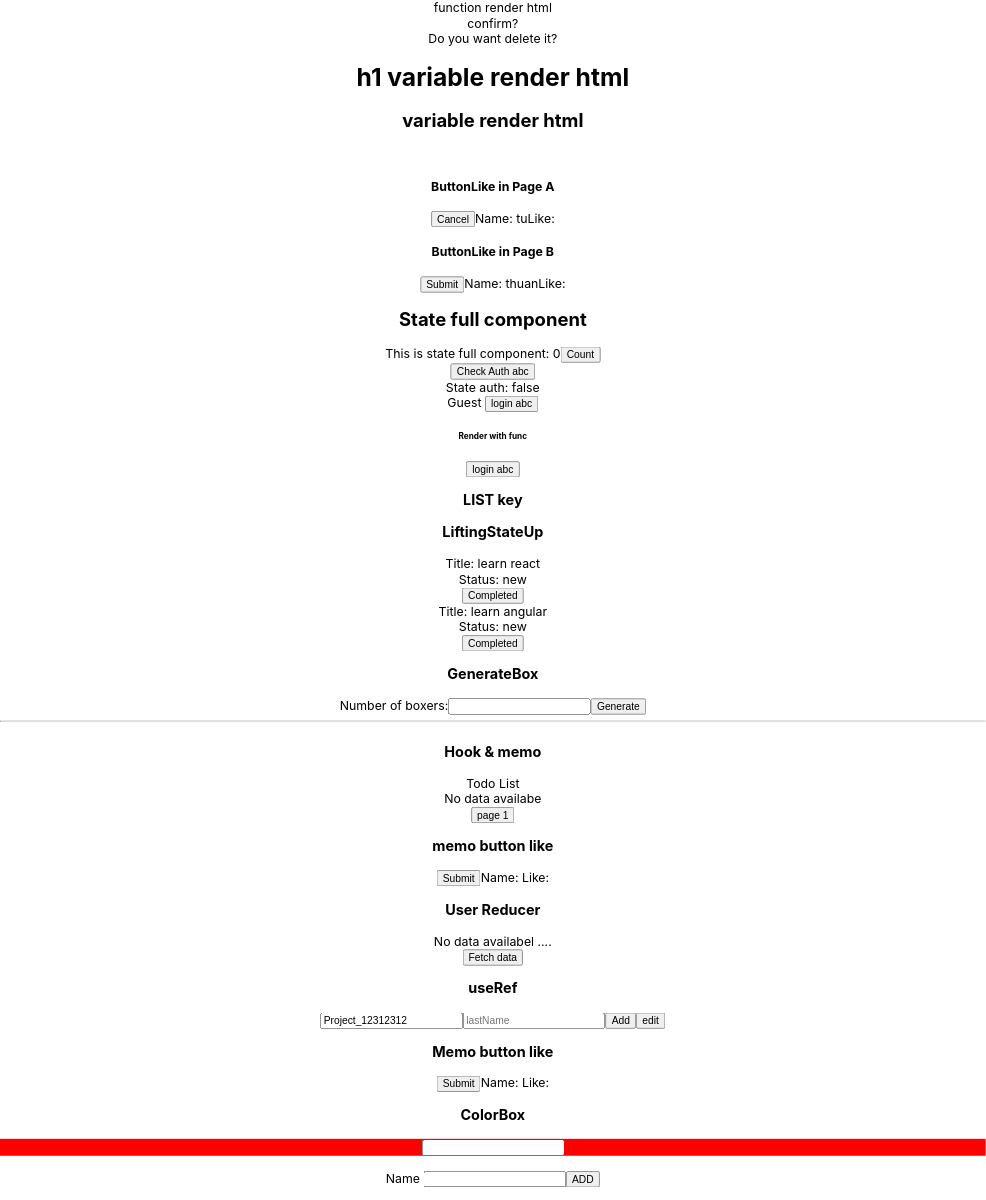
Repository: HoangTu18/reactjs-exercise
Page: /
An editor plug-in stored every save of this project. The page is shown before and after the next save, followed by the edit.
The browser window is 1280 px wide. The pictures show the whole page, at 77% of full size.
The page's requests for data from a server got no answer. The project was rebuilt for these pictures with package versions that can differ from the ones it lists, and the page was loaded fresh each time. No one was signed in, and anything a server would have sent is missing. Also part of the build but not shown: src/pages/StateObject.jsx, src/components/GenerateBox/GenerateBoxItem.jsx.

Above is the page before, as saved 2022-06-15 15:32:42.

### src/App.js
import "./App.css";
import ButtonLike from "./components/ButtonLike";
import TitleSimple from "./components/TitleSimple";
import StateFullComponent from "./components/StateFullComponent";
import StateObject from "./pages/StateObject";
import ConditionalRender from "./pages/conditionalRender";
import LiftingStateUp from "./exercise/LiftingStateUp";
import GenerateBox from "./exercise/GenerateBox";
import Hook from "./pages/Hook";
import UserReduer from "./pages/UserReduer";
import UseRef from "./components/useRef";
import MoviesForm from "./components/movieForm";
import ColorApp from "./exercise/ColorBox";
function App() {
  const isLoading = true;
  // varible render html
  const ele1 = (
    <div>
      <h1>h1 variable render html</h1>
      <h2> variable render html</h2>
    </div>
  );
  return (
    <div className="App">
      <div>function render html</div>
      {isLoading ? <TitleSimple /> : "123"}
      {ele1}
      <br />
      <h4> ButtonLike in Page A</h4>
      <ButtonLike
        text="Cancel"
        type="button"
        className="buttonA"
        onClick={() => {
          console.log("buttonA");
        }}
        name="tu"
      />
      <h4> ButtonLike in Page B</h4>
      <ButtonLike
        type="submit"
        className="buttonB"
        onClick={() => {
          console.log("buttonB");
        }}
        name="thuan"
      />
      <h2>State full component</h2>
      <StateFullComponent />
      {/* <StateObject />
       */}
      <ConditionalRender />
      <h3>LiftingStateUp</h3>
      <LiftingStateUp />
      <h3>GenerateBox</h3>
      <GenerateBox />
      <h3>Hook & memo</h3>
      <Hook />
      <h3>User Reducer</h3>
      <UserReduer />
      <h3>useRef</h3>
      <UseRef />
      <h3>Memo button like</h3>
      <ButtonLike />
      <h3>ColorBox</h3>
      <ColorApp />
      <h3 />
      <MoviesForm />
    </div>
  );
}

export default App;

### src/components/ButtonLike.jsx
import React from "react";

ButtonLike.propTypes = {};

function ButtonLike({ text = "Submit", name, todoItem, like, ...props }) {
  return (
    <div className="container">
      <button {...props}>{text}</button>
      Name: {name}
      {todoItem && (
        <div>
          <h6>Todo item</h6>
          Todo title: {todoItem?.title}
          Todo price: {todoItem?.price}
        </div>
      )}
      Like: {like}
      <br />
    </div>
  );
}

export default ButtonLike;

### src/components/TitleSimple.jsx
import React from "react";

TitleSimple.propTypes = {};

function TitleSimple(props) {
  return (
    <div>
      confirm? <br />
      Do you want delete it?
    </div>
  );
}

export default TitleSimple;

### src/components/StateFullComponent.jsx
import React from "react";

StateFullComponent.propTypes = {};

function StateFullComponent(props) {
  const [count, setCount] = React.useState(0);
  return (
    <div>
      This is state full component: {count}
      <button
        type="button"
        onClick={() => {
          setCount((prevState) => prevState + 1);
        }}
      >
        Count
      </button>
    </div>
  );
}

export default StateFullComponent;

### src/pages/conditionalRender.jsx
import React, { Fragment, useState } from "react";
import ButtonSimple from "../components/ButtonSimple";

function ConditionalRender() {
  const [todos, setTodos] = useState([
    {
      id: 1,
      title: "react",
    },
    {
      id: 2,
      title: "angular",
    },
  ]);
  const [isAuth, setIsAuth] = useState(false);
  let button = null;
  if (isAuth) {
    button = <ButtonSimple text="logout" />;
  } else {
    button = <ButtonSimple text="login" />;
  }

  function renderButtonLogin() {
    return <ButtonSimple text="login" />;
  }
  function renderButtonLogout() {
    return <ButtonSimple text="logout" />;
  }
  function renderButton() {
    return <div>{isAuth ? renderButtonLogout() : renderButtonLogin()}</div>;
  }

  function handleDeleteTodo(TodoId) {
    const todoIndex = todos.findIndex((todo) => todo.id === TodoId);
    const newTodo = [...todos];
    newTodo.splice(todoIndex, 1);
    console.log(TodoId);
  }

  return (
    <div>
      {/* {array.length > 0 &&
        array.map((item) => {
          return <div key={item}>This is item</div>;
        })} */}
      <ButtonSimple
        text="Check Auth"
        onClick={() => setIsAuth((prevState) => !prevState)}
      />
      <br />
      State auth: {isAuth.toString()}
      {isAuth ? <div>welcome to {button}</div> : <div>Guest {button}</div>}
      <h6>Render with func</h6>
      {isAuth ? renderButtonLogout() : renderButtonLogin()}
      <h3>LIST key</h3>
      {todos.length > 0 ? (
        <>
          {todos.map((todo) => {
            <Fragment key={todo.id}>
              Id: {todo.id} <br />
              title: {todo.title}
              <button type="button" onClick={() => handleDeleteTodo(todo.id)}>
                Delete
              </button>
            </Fragment>;
          })}
        </>
      ) : null}
    </div>
  );
}

export default ConditionalRender;

### src/exercise/LiftingStateUp.jsx
import React, { useState } from "react";
import TodoList from "../components/TodoList";

function LiftingStateUp() {
  const [todos, setTodos] = useState([
    {
      id: 1,
      title: "learn react",
      status: "new",
    },
    {
      id: 2,
      title: "learn angular",
      status: "new",
    },
  ]);
  function handleCompletedTodo(todoId) {
    console.log("handleCompletedTodo: ", todoId);
  }
  return (
    <div>
      <TodoList todos={todos} handleCompletedTodo={handleCompletedTodo} />
    </div>
  );
}

export default LiftingStateUp;

### src/exercise/GenerateBox.jsx
import React, { useState, useRef } from "react";
import GenerateBoxList from "../components/GenerateBox/GenerateBoxList";

function GenerateBox(props) {
  const input = useRef(null);
  let [count, setCount] = useState(0);
  let [boxs, setBoxs] = useState([]);
  function handleGenerate() {
    let tempArr = [...boxs];
    let tempCount = count;
    if (input.current.value <= 0) {
      return alert("please enter for box");
    }
    if (input.current.value > 127) {
      return alert("very box");
    }
    if (input.current.value <= 127) {
      for (let i = 1; i <= input.current.value; i++) {
        tempArr.push({ id: tempCount++ });
      }
    }

    setBoxs(tempArr);
    setCount(tempCount);
  }

  // function handleCount() {}
  return (
    <div>
      <div>
        Number of boxers:
        <input type="number" ref={input} />
        <button onClick={() => handleGenerate()}>Generate</button>
        <hr />
      </div>
      <GenerateBoxList boxs={boxs} />
    </div>
  );
}

export default GenerateBox;

### src/pages/Hook.jsx
import React, { useEffect, useState } from "react";
import ButtonLike from "../components/ButtonLike";
function Hook() {
  const [todos, setTodos] = useState([]);
  const [page, setPage] = useState(1);

  useEffect(() => {
    fetch(`https://jsonplaceholder.typicode.com/todos?_page=${page}&_limit=10`)
      .then((res) => res.json())
      .then((data) => setTodos(data));
  }, [page]);

  useEffect(() => {
    console.log("useEffect 2");
  }, []);

  return (
    <div>
      Todo List
      {todos.length > 0 ? (
        <>
          {todos.map((todo) => (
            <div key={todo.id}>
              id: {todo.id} <br />
              title: {todo.title} <br />
            </div>
          ))}
        </>
      ) : (
        <div>No data availabe</div>
      )}
      <button
        type="button"
        onClick={() => {
          setPage((prevState) => prevState + 1);
        }}
      >
        page {page}
      </button>
      <h3>memo button like</h3>
      <ButtonLike />
    </div>
  );
}

export default Hook;

### src/pages/UserReduer.jsx
import React, { useReducer } from "react";

// initialState
const initialState = {
  isLoading: false,
  todos: [],
  isError: false,
};

// actions
function setIsLoading(isLoading) {
  return {
    type: "SET_IS_LOADING",
    payload: isLoading,
  };
}

function setIsError(isError) {
  return {
    type: "SET_IS_ERROR",
    payload: isError,
  };
}

function setTodos(data) {
  return {
    type: "SET_TODO",
    payload: data,
  };
}

// reducer
function reducer(state = initialState, { type, payload }) {
  switch (type) {
    case "SET_IS_LOADING": {
      return {
        ...state,
        isLoading: payload,
      };
    }
    case "SET_IS_ERROR": {
      return {
        ...state,
        isError: payload,
      };
    }
    case "SET_TODO": {
      return {
        ...state,
        todos: payload,
      };
    }
    default:
      return state;
  }
}
function UserReduer() {
  // state
  const [{ isLoading, isError, todos }, dispatch] = useReducer(
    reducer,
    initialState
  );

  // actions
  async function handleFetchData() {
    dispatch(setIsLoading(true));
    dispatch(setIsError(false));
    try {
      const res = await fetch(
        "https://tony-json-server.herokuapp.com/api/todos"
      );
      const data = await res.json();
      dispatch(setTodos(data.data));
    } catch (error) {
      dispatch(setIsError(true));
    }
    dispatch(setIsLoading(false));
  }

  // view
  if (isLoading) return <div>Loading ....</div>;
  if (isError) return <div>Something error ....</div>;
  return (
    <div>
      {todos.length === 0 ? (
        <div>
          No data availabel .... <br />
        </div>
      ) : (
        <>
          {todos.map((todo, index) => (
            <div key={index}>
              ID: {todo.id} <br />
              Title: {todo.title}
            </div>
          ))}
        </>
      )}
      <button type="button" onClick={handleFetchData}>
        Fetch data
      </button>
    </div>
  );
}

export default UserReduer;

### src/components/useRef.jsx
import React, { useEffect, useRef, useState } from "react";

function UseRef(props) {
  // states
  const [firstName, setFirstName] = useState("Project_12312312");

  const firstNameRef = useRef(null);
  const [isFlag, setIsFlag] = useState(false);
  const firstRenderRef = useRef(null);

  let lastNameJs = "truong";
  // useEffect
  useEffect(() => {
    if (firstRenderRef.current) {
      firstRenderRef.current = false;
      lastNameJs = "tu";
      console.log("after run ");
      return
    }
  }, [isFlag]);
  // refs

  function onSubmit() {
    console.log("ref: ", firstNameRef.current);
    firstNameRef.current.focus();
  }

  function onEdit() {
    firstNameRef.current.focus();
    // console.log("klength: ", firstNameRef.length);
    firstNameRef.current.setSelectionRange(
      0,
      firstNameRef.current.value.length
    );
  }

  function onChangeFirstName(e) {
    setFirstName(e.target.value);
  }
  return (
    <div>
      <input
        ref={firstNameRef}
        type="text"
        placeholder="firstName"
        value={firstName}
        onChange={onChangeFirstName}
      />
      <input type="text" placeholder="lastName" />
      <button type="button" onClick={onSubmit}>
        Add
      </button>
      <button type="button" onClick={onEdit}>
        edit
      </button>
    </div>
  );
}

export default UseRef;

### src/components/movieForm.jsx
import React from "react";

const MoviesForm = () => {
  const [name, setName] = React.useState("");
  const [movies, setMovies] = React.useState([]);
  const handleChange = (e) => {
    setName(e.target.value);
  };
  const createMovie = () => {
    if (name.trim().length !== 0) {
      movies.push(name);
    } else {
      alert("No movie's name");
    }
  };

  return (
    <div>
      Name <input type="text" onChange={handleChange} />
      <button type="button" onClick={createMovie}>
        ADD
      </button>
      <ul>
        {movies.map((movie, index) => (
          <li key={index}>{movie}</li>
        ))}
      </ul>
    </div>
  );
};

export default MoviesForm;

### src/exercise/ColorBox.jsx
import { useState } from "react";

function ColorBox(props) {
  const [color, setColor] = useState({
    red: "#ff0000",
    gold: "#ffd700",
    cyan: "#00ffff",
    magenta: "#ff00ff",
  });
  const [checked, setChecked] = useState("");
  const onChange = (e, color) => {
    setChecked(color);
    if (
      (e.target.checked && color === "red") ||
      color === "gold" ||
      color === "cyan" ||
      color === "magenta"
    ) {
      setColor({
        red: color,
        gold: color,
        cyan: color,
        magenta: color,
      });
    } else {
      setChecked("");
      setColor({
        red: "#ff0000",
        gold: "#ffd700",
        cyan: "#00ffff",
        magenta: "#ff00ff",
      });
    }
  };
  return (
    <div className="container">
      <div style={{ background: color["red"] }}>
        <input />
      </div>
    </div>
  );
}

export default ColorBox;

### src/components/ButtonSimple.jsx
import React from "react";
import styles from "./buttonSimple.module.css";
function ButtonSimple({ text = "Submit", type = "button", ...props }) {
  return (
    <button type={type} className={styles.buttonSimple} {...props}>
      {text} abc
    </button>
  );
}

export default ButtonSimple;

### src/components/TodoList.jsx
import React from "react";
import TodoItem from "./TodoItem";

function TodoList({ todos, handleCompletedTodo }) {
  return (
    <div>
      {todos.map((todo) => (
        <TodoItem todo={todo} handleCompletedTodo={handleCompletedTodo} />
      ))}
    </div>
  );
}

export default TodoList;

### src/components/GenerateBox/GenerateBoxList.jsx
import React from "react";
import GenerateBoxItem from "./GenerateBoxItem";

function GenerateBoxList({ boxs  }) {
  return (
    <div style={{ display: "flex", flexWrap: "wrap" }}>
      {boxs.map((boxs) => (
        <GenerateBoxItem boxs={boxs} />
      ))}
    </div>
  );
}

export default GenerateBoxList;

### src/components/TodoItem.jsx
import React from "react";

function TodoItem({ todo, handleCompletedTodo }) {
  console.log("todo item:", todo);
  return (
    <div>
      Title: {todo.title} <br />
      Status: {todo.status} <br />
      <button type="button" onClick={() => handleCompletedTodo(todo.id)}>
        Completed
      </button>
    </div>
  );
}

export default TodoItem;

Loaded but not shown: public/index.html (common file); src/index.js (common file); src/index.css (common file); src/reportWebVitals.js (common file); src/App.css (common file); src/components/buttonSimple.module.css (no stored copy; drawn as an empty file)

After the next save:
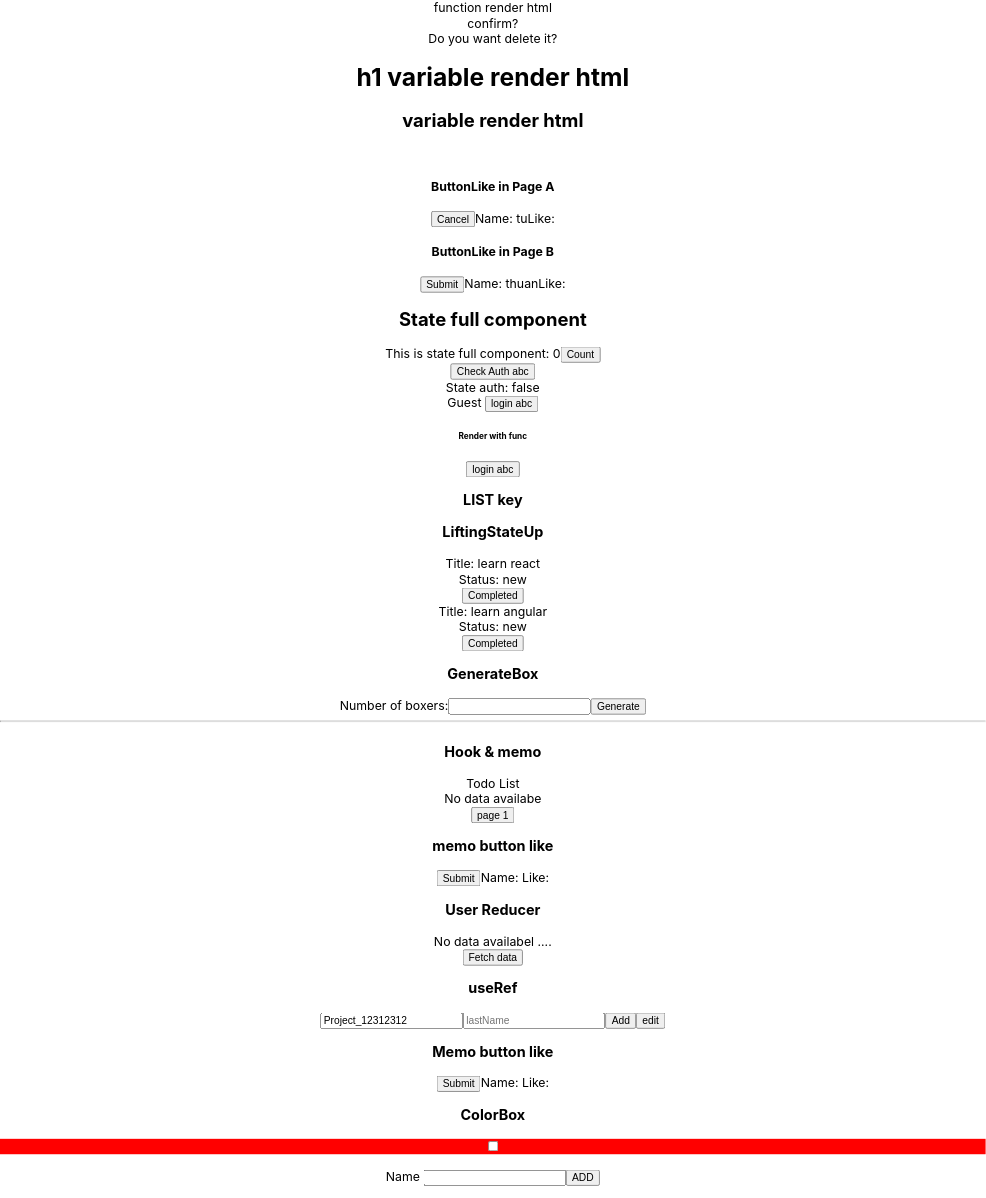
Saved 8 s later.
--- a/src/exercise/ColorBox.jsx
+++ b/src/exercise/ColorBox.jsx
@@ -35,7 +35,7 @@ function ColorBox(props) {
   return (
     <div className="container">
       <div style={{ background: color["red"] }}>
-        <input />
+        <input type={"checkbox"} />
       </div>
     </div>
   );
